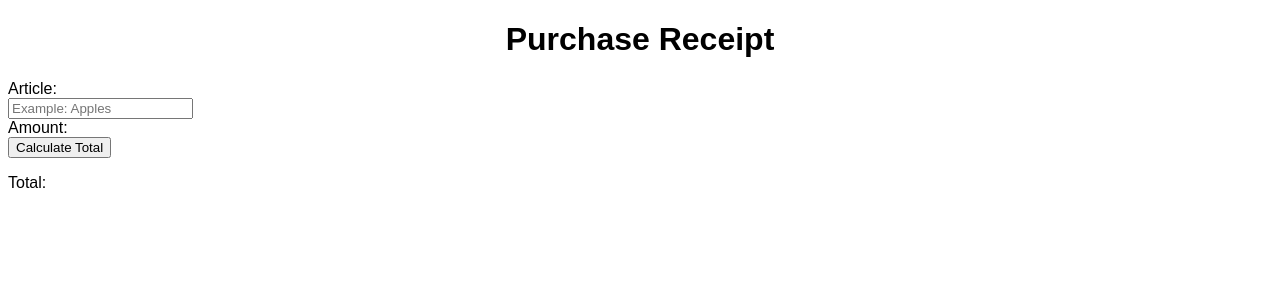
Repository: cokoduwa/js-study-group
Page: exercises/01/index.html
These files come from the project's save history. The page is drawn as it stood at one moment and after the next save; the edit follows.
The browser window is 1280 px wide. The pictures show the whole page.

Above is the page before, as saved 2023-02-14 21:32:04.

### exercises/01/index.html
<!DOCTYPE html>
<html lang="en">
<head>
    <meta charset="UTF-8">
    <meta http-equiv="X-UA-Compatible" content="IE=edge">
    <meta name="viewport" content="width=device-width, initial-scale=1.0">
    <link rel="stylesheet" href="index.css">

    <title>Coding Warmer - E1 </title>
</head>
<body>


        <h1>Purchase Receipt</h1>


        <section>
            <div>
             <div>
                 <ion-label>Article:</ion-label>
             </div>
               <div>
                  <input placeholder="Example: Apples" id="description"/>
               </div>
            </div>

            <div>
                <div>
                    <ion-label>Amount:</ion-label>
                </div>
                <div>
                    <ion-input placeholder="Example: $3" id="amount"></ion-input>
                </div>
            </div>

            <div>
                <div>
                    <button>Calculate Total</button>
                </div>
            </div>

            <div>
                <div>
                    <ul id="ticket">
                        <!--List of ticket articles here-->
                    </ul>
                </div>
            </div>
            <p id="total">
                Total: <!--Total here-->
            </p>
        </section>

</body>
<script src="index.js"></script>
</html>

### exercises/01/index.css
body {
    font-family: Arial, Helvetica, sans-serif;
}

section {
    margin: 0 auto;
}

h1 {
    text-align: center;
}

Loaded but not shown: exercises/01/index.js (no stored copy; drawn as an empty file)

After the next save:
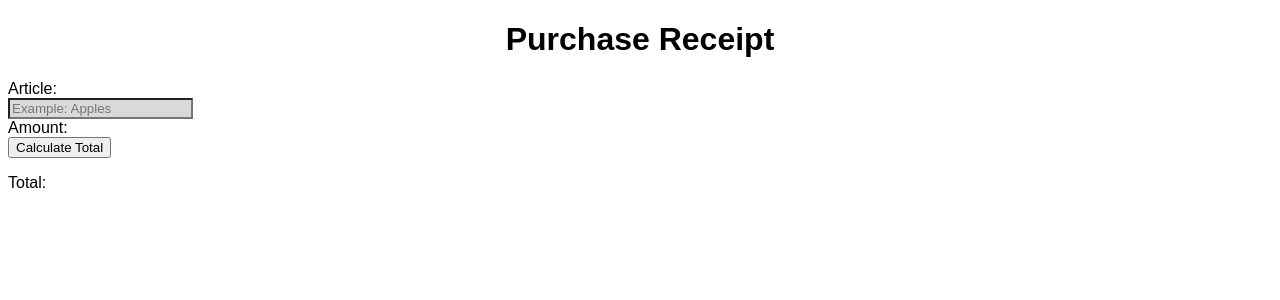
Saved 54 s later.
--- a/exercises/01/index.css
+++ b/exercises/01/index.css
@@ -9,3 +9,7 @@ section {
 h1 {
     text-align: center;
 }
+
+input {
+    background-color: #D9D9D9;
+}
